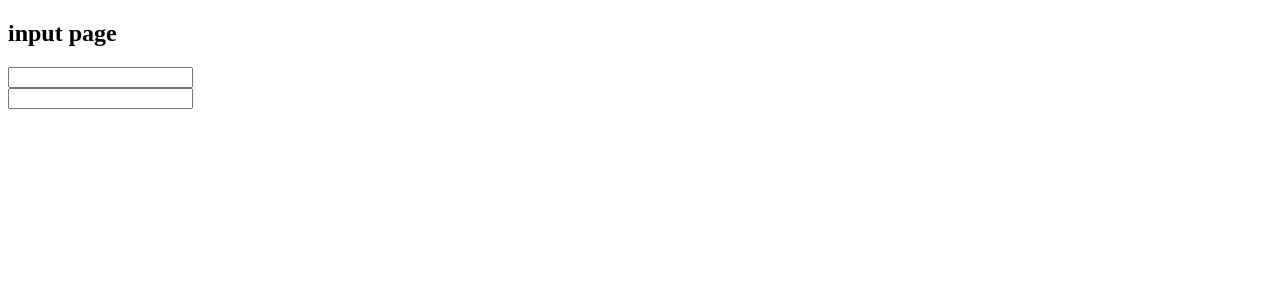
Repository: Lee-seongBeom/Bitframe
Page: http://localhost/struts03/input.jsp
An editor plug-in stored every save of this project. The page is shown before and after the next save, followed by the edit.
The browser window is 1280 px wide. The pictures show the whole page.
The page is served by Tomcat 9. Nobody is signed in. The application's start-up code is not run.

Above is the page before, as saved 2020-09-01 07:29:56.

After the next save:
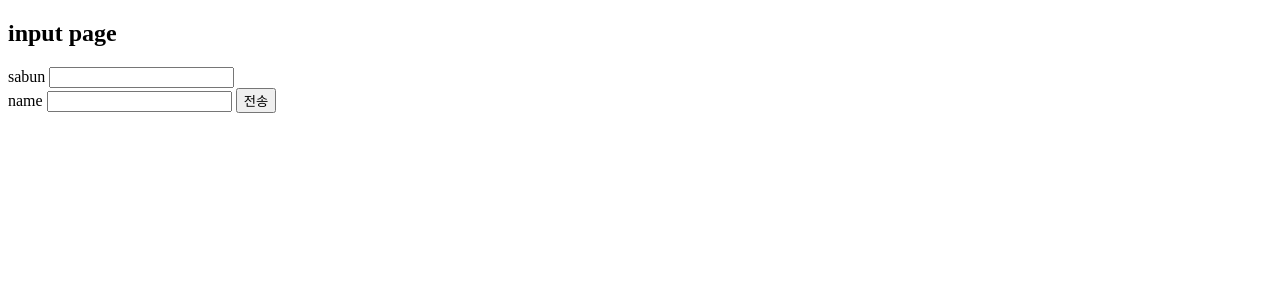
Saved 40 s later.
--- a/struts03/webapp/input.jsp
+++ b/struts03/webapp/input.jsp
@@ -9,8 +9,9 @@
 <body>
 	<h2>input page</h2>
 	<form action="result.bit">
-		<input type="text" name="sabun" /><br/>
-		<input type="text" name="name"/>
+		sabun <input type="text" name="sabun" /><br/>
+		name <input type="text" name="name"/>
+		<button>전송</button>
 	</form>
 
 </body>
